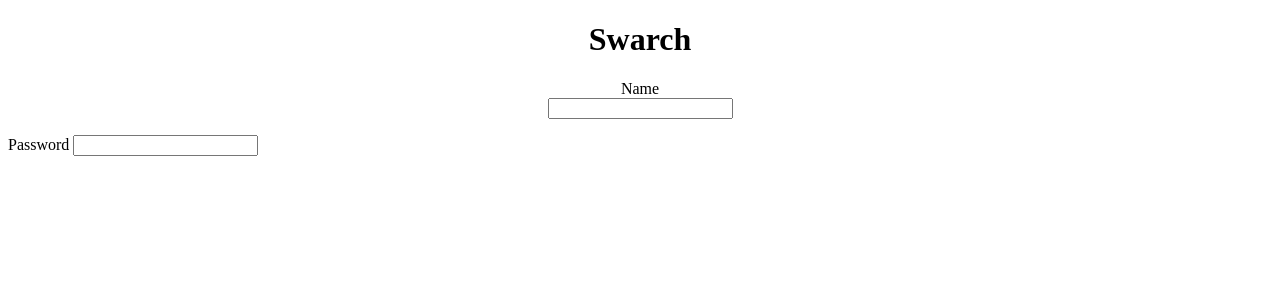
Repository: putty174/Swarch
Page: Swarch/index.htm
These files come from the project's save history. The page is drawn as it stood at one moment and after the next save; the edit follows.
The browser window is 1280 px wide. The pictures show the whole page.

Above is the page before, as saved 2014-04-12 05:59:06.

### Swarch/index.htm
<!DOCTYPE html>
<html>
<head>
<title>Swarch</title>
<link rel="stylesheet" href="swarch.css">
<script type="text/javascript">
function getInfo()
{
	var name = document.getElementById('NAME');
	var pass = document.getElementById('PASS');
}
</script>
</head>
<body>
<h1><center>Swarch</center></h1>
<center>Name</center>
<center><input type='text' id="NAME"></center>
<p>Password</center>
<input type='text' id="PASS"></center>
<script src="swarch.js"></script>
</body>
</html>

Loaded but not shown: Swarch/swarch.css (no copy from this time; the picture is the same without it); Swarch/swarch.js (no copy from this time; the picture is the same without it)

After the next save:
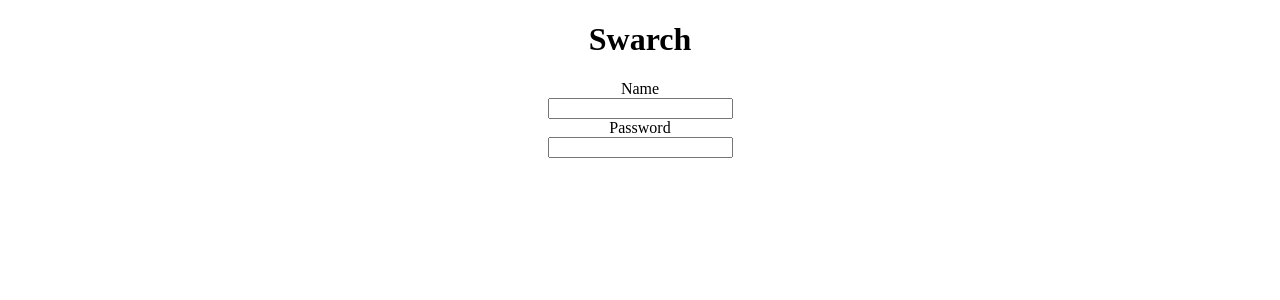
Saved 6 s later.
--- a/Swarch/index.htm
+++ b/Swarch/index.htm
@@ -15,8 +15,8 @@ function getInfo()
 <h1><center>Swarch</center></h1>
 <center>Name</center>
 <center><input type='text' id="NAME"></center>
-<p>Password</center>
-<input type='text' id="PASS"></center>
+<center>Password</center>
+<center><input type='text' id="PASS"></center>
 <script src="swarch.js"></script>
 </body>
 </html>
